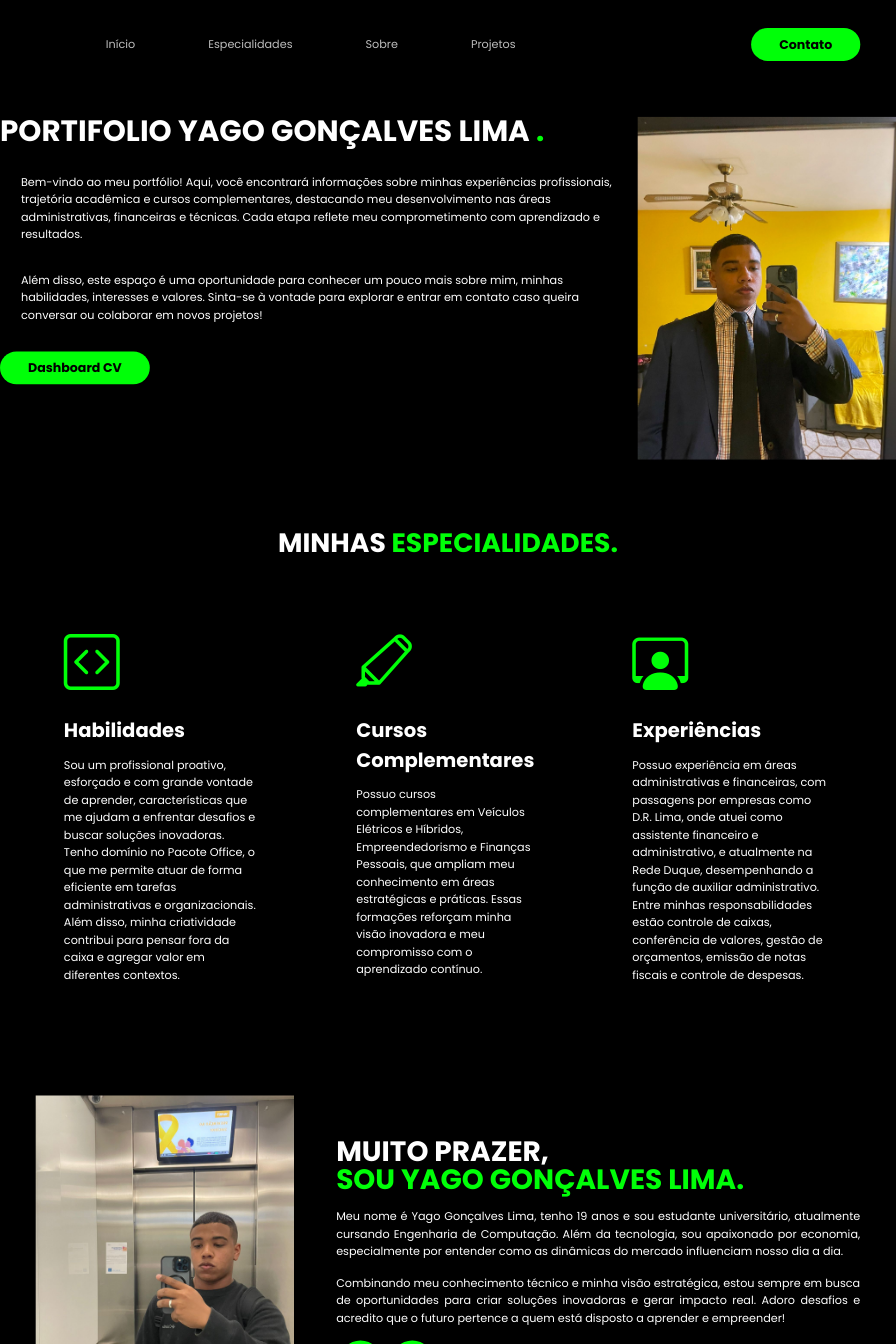
Repository: yagolima1511/Portfolio
Page: index.html
These files come from the project's save history. The page is drawn as it stood at one moment and after the next save; the edit follows.
The browser window is 1280 px wide. The pictures show the part of the page from y = 0 to 1920 px (the page is 3476 px tall), at 70% of full size.

Above is the page before, as saved 2025-02-13 21:56:55.

After the next save:
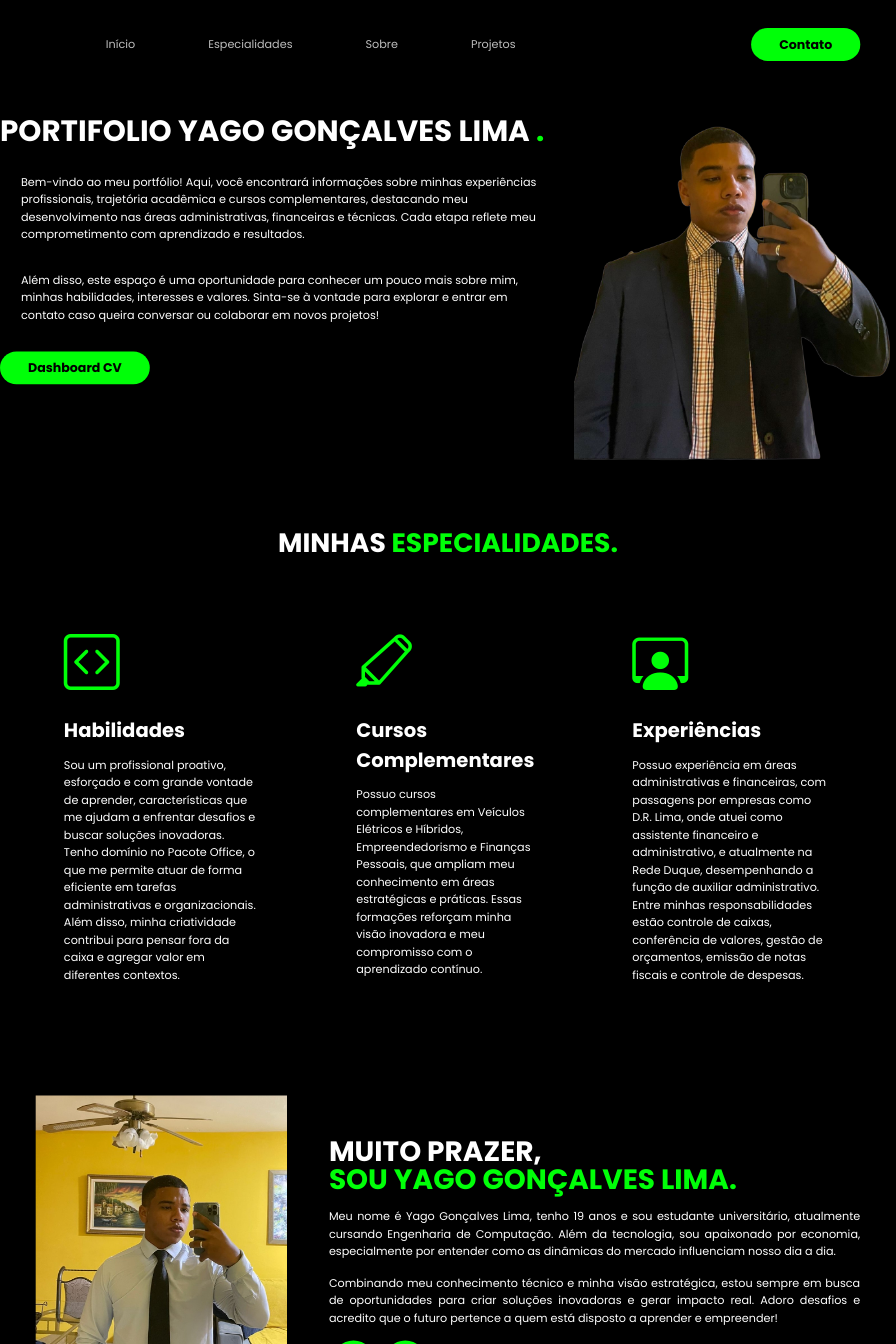
Saved 2 min 50 s later.
--- a/index.html
+++ b/index.html
@@ -8,6 +8,7 @@
 <link href="https://fonts.googleapis.com/css2?family=Cabin:ital,wght@0,400..700;1,400..700&family=Poppins:ital,wght@0,100;0,200;0,300;0,400;0,500;0,600;0,700;0,800;0,900;1,100;1,200;1,300;1,400;1,500;1,600;1,700;1,800;1,900&display=swap" rel="stylesheet">
 <link rel="stylesheet" href="https://cdn.jsdelivr.net/npm/bootstrap-icons@1.11.3/font/bootstrap-icons.min.css">
     <link rel="stylesheet" href="style.css">
+    <link rel="icon" href="imagens.portifolio/">
     <title>Yago Gonçalves Lima</title>
 </head>
 <body>
@@ -49,7 +50,7 @@
                        </div>
                     </div>
                     <div class="img-topo-site">
-                        <img src="imagens.portifolio/ternoo.jpeg" alt="" class="tamanho-fixo">
+                        <img id="img-home" src="imagens.portifolio/yago sem fundo.png" alt="" class="tamanho-fixo">
 
                     </div>
                 </div>
@@ -89,7 +90,7 @@
                         <div class="interface">
                             <div class="flex">
                                 <div class="img-sobre">
-                                    <img src="imagens.portifolio/elevador columbia.jpeg" alt="" class="tamanho-fixo">
+                                    <img src="imagens.portifolio/camisa gravata.jpeg" alt="" class="tamanho-fixo">
                                 </div>
                                 <div class="txt-sobre">
                                       <h2>MUITO PRAZER,<span> SOU YAGO GONÇALVES LIMA.</span> </h2>
@@ -156,7 +157,7 @@
                                 Baterias/Pilhas: Alimentam o Arduino e os motores.
                             </li>
                             <li>
-                                Estrutura do Carrinho: Uma base com rodas onde os componentes são fixados.
+                                Estrutura do Carrinho: Uma base com rodas onde os componentes são fixados
                             </li>
                         </ul>
 
